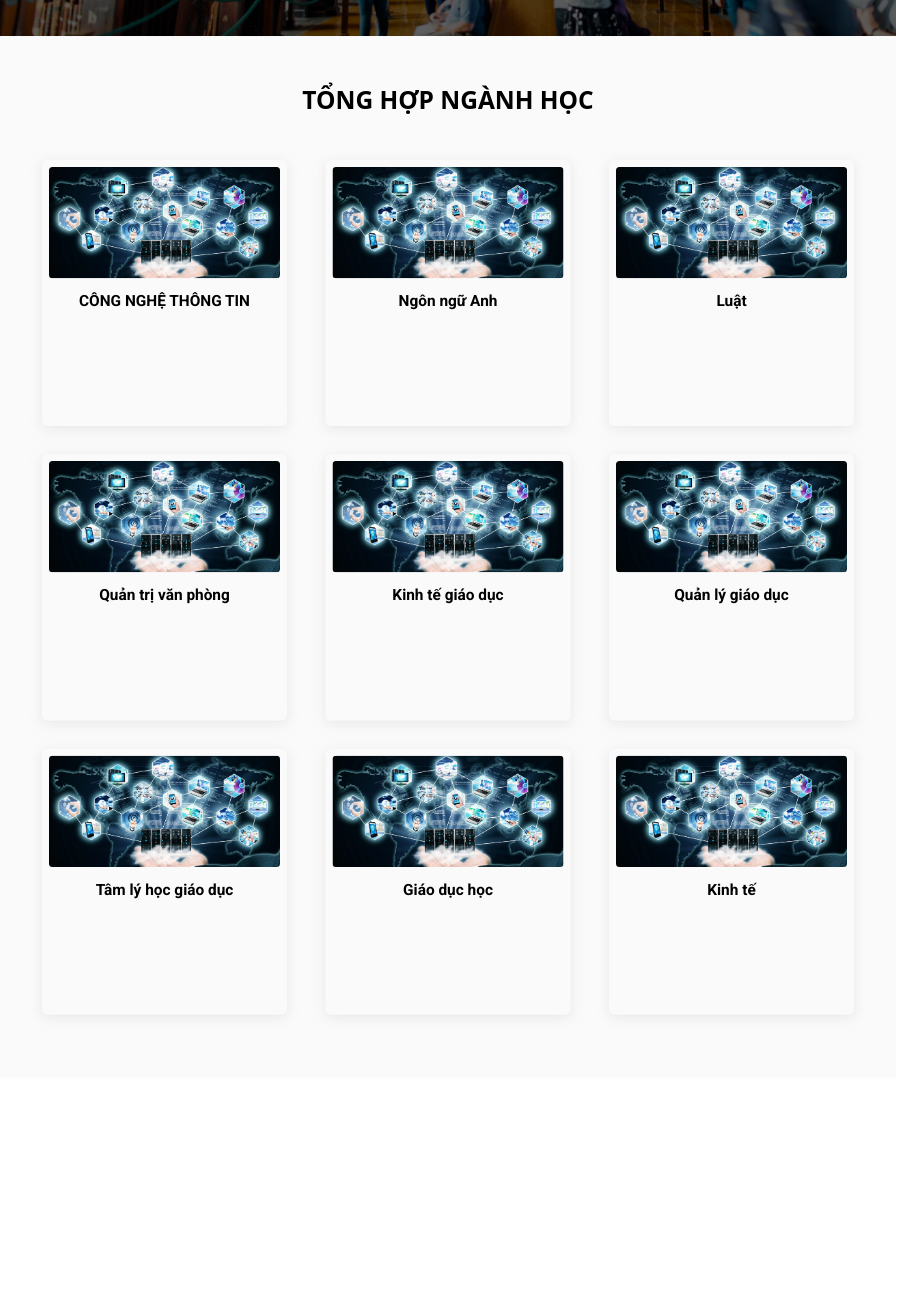
Repository: hongphuck1/trangweb1
Page: index.html
The author's editor kept a copy of each file at every save. The page is drawn from the files as they stood at one save, then again after a run of saves.
The browser window is 1280 px wide. The page is 1288 px wide, so the pictures cover 1288 px, including what lies to the right of the window. The pictures show the part of the page from y = 1871 to 3751 px (the page is 4941 px tall), at 70% of full size.

Above is the page before, as saved 2021-09-07 02:19:24.

### index.html
<!DOCTYPE html>
<html lang="en">

<head>
  <meta charset="UTF-8" />
  <meta name="viewport" content="width=device-width, initial-scale=1, shrink-to-fit=no" />
  <meta http-equiv="x-ua-compatible" content="ie=edge" />
  <title>Material Design for Bootstrap</title>
  <!-- MDB icon -->
  <link rel="icon" href="img/SSS1.png" type="image/x-icon" />
  <!-- Font Awesome -->
  <link rel="stylesheet" href="https://use.fontawesome.com/releases/v5.15.2/css/all.css" />
  <!-- Google Fonts Roboto -->
  <link rel="stylesheet" href="https://fonts.googleapis.com/css2?family=Roboto:wght@300;400;500;700;900&display=swap" />
  <!-- MDB -->
  <link rel="stylesheet" href="css/style.css" />
  <link rel="stylesheet" href="css/base.css" />
  <link rel="stylesheet" href="css/grid.css" />
  <link rel="stylesheet" href="css/mdb.min.css" />
</head>

<body>
  <!-- Start your project here-->
  <div class="main">
    <!--Main Navigation-->
    <header>


      <!-- Navbar -->
      <nav class="navbar--opacity navbar navbar-expand-lg navbar-light fixed-top mask-custom shadow-0">
        <div class="container">

          <a class="navbar-brand nav-link" target="_blank" href="https://mdbootstrap.com/docs/standard/">
            <strong style="font-size: 2.2rem;">MRC</strong>
          </a>
          <button class="navbar-toggler navbar-toggler--opacity" type="button" data-mdb-toggle="collapse"
            data-mdb-target="#navbarSupportedContent" aria-controls="navbarSupportedContent" aria-expanded="false"
            aria-label="Toggle navigation">
            <i style="color: #ccc" class="fas fa-bars"></i>
          </button>
          <div class="collapse navbar-collapse" id="navbarSupportedContent">
            <ul class="navbar-nav me-auto mb-2 mb-lg-0">
              <li class="nav-item active">
                <a class="nav-link" aria-current="page" href="#intro">Giới thiệu</a>
              </li>
              <li class="nav-item">
                <a class="nav-link" href="https://www.facebook.com/MRC.NAEM" rel="nofollow" target="_blank">Hỏi đáp</a>
              </li>
              <li class="nav-item">
                <a class="nav-link" href="https://www.facebook.com/MRC.NAEM" target="_blank">Bài viết</a>
              </li>
              <li class="nav-item">
                <a class="nav-link" href="https://www.facebook.com/messages/t/101815085369835" target="_blank">Liên
                  hệ</a>
              </li>
            </ul>
            <ul class="navbar-nav list-inline">
              <!-- Icons -->
              <li class="">
                <a class="nav-link" href="https://www.youtube.com/channel/UCjl0s7v8m8V4IzuAS1fH-iA" rel="nofollow"
                  target="_blank">
                  <i class="fab fa-youtube"></i>
                </a>
              </li>
              <li class="">
                <a class="nav-link" href="https://www.facebook.com/MRC.NAEM" rel="nofollow" target="_blank">
                  <i class="fab fa-facebook-f"></i>
                </a>
              </li>
              <li class="nav-item">
                <a class="nav-link" href="https://www.tiktok.com/@mrcnaem" rel="nofollow" target="_blank">
                  <i class="fab fa-tiktok"></i>
                </a>
              </li>
              <li class="nav-item">
                <a class="nav-link" href="tel: 0349167687" rel="nofollow" target="_blank">
                  <i class="fas fa-envelope"></i>
                </a>
              </li>
            </ul>
          </div>
        </div>
      </nav>

      <!-- Carousel wrapper -->
      <div id="introCarousel" class="carousel slide carousel-fade shadow-2-strong" data-mdb-ride="carousel">
        <!-- Indicators -->
        <ol class="carousel-indicators">
          <li data-mdb-target="#introCarousel" data-mdb-slide-to="0" class="active"></li>
          <li data-mdb-target="#introCarousel" data-mdb-slide-to="1"></li>
          <li data-mdb-target="#introCarousel" data-mdb-slide-to="2"></li>
        </ol>

        <!-- Inner -->
        <div class="carousel-inner">
          <!-- Single item -->
          <div class="carousel-item active">
            <div class="mask" style="background-color: rgba(0, 0, 0, 0.6);">
              <div class="d-flex justify-content-center align-items-center h-100">
                <div class="text-white text-center">
                  <h1 style="font-size: 2.4rem;" class="mb-3">CLB TUYỂN SINH VÀ TRUYỀN THÔNG - MRC NAEM</h1>
                  <h5 style="font-size: 1.2rem;" class="mb-4">Hỗ trợ tư vấn - hướng nghiệp, trả lời những thắc mắc cho
                    học sinh và phụ huynh.</h5>

                  <a style="font-size: 1.8rem; " class="btn-DANGKI btn btn-outline-light btn-lg m-2"
                    href="https://www.facebook.com/MRC.NAEM" target="_blank" role="button">Đăng kí ngay</a>
                </div>
              </div>
            </div>
          </div>

          <!-- Single item -->
          <div class="carousel-item">
            <div class="mask" style="background-color: rgba(0, 0, 0, 0.3);">
              <div class="d-flex justify-content-center align-items-center h-100">
                <div class="text-white text-center">
                  <h1 style="font-size: 2.4rem;" class="mb-3">CLB TUYỂN SINH VÀ TRUYỀN THÔNG - MRC NAEM</h1>
                  <h5 style="font-size: 1.2rem;" class="mb-4">Hỗ trợ tư vấn - hướng nghiệp, trả lời những thắc mắc cho
                    học sinh và phụ huynh.</h5>

                  <a style="font-size: 1.8rem; " class="btn-DANGKI btn btn-outline-light btn-lg m-2"
                    href="https://www.facebook.com/MRC.NAEM" target="_blank" role="button">Đăng kí ngay</a>
                </div>
              </div>
            </div>
          </div>

          <!-- Single item -->
          <div class="carousel-item">
            <div class="mask" style="
                background: linear-gradient(
                  45deg,
                  rgba(29, 236, 197, 0.7),
                  rgba(91, 14, 214, 0.7) 100%
                );
              ">
              <div class="d-flex justify-content-center align-items-center h-100">
                <div class="text-white text-center">
                  <h1 style="font-size: 2.4rem;" class="mb-3">CLB TUYỂN SINH VÀ TRUYỀN THÔNG - MRC NAEM</h1>
                  <h5 style="font-size: 1.2rem;" class="mb-4">Hỗ trợ tư vấn - hướng nghiệp, trả lời những thắc mắc cho
                    học sinh và phụ huynh.</h5>

                  <a style="font-size: 1.8rem; " class="btn-DANGKI btn btn-outline-light btn-lg m-2"
                    href="https://www.facebook.com/MRC.NAEM" target="_blank" role="button">Đăng kí ngay</a>
                </div>
              </div>
            </div>
          </div>
        </div>
        <!-- Inner -->

        <!-- Controls -->
        <a class="carousel-control-prev" href="#introCarousel" role="button" data-mdb-slide="prev">
          <span class="carousel-control-prev-icon" aria-hidden="true"></span>
          <span class="sr-only">Previous</span>
        </a>
        <a class="carousel-control-next" href="#introCarousel" role="button" data-mdb-slide="next">
          <span class="carousel-control-next-icon" aria-hidden="true"></span>
          <span class="sr-only">Next</span>
        </a>
      </div>
      <!-- Carousel wrapper -->
    </header>


    <section>
      <div class="container-body">
        <div class="container-body-name">
          <h1>Thông Tin Tuyển Sinh</h1>
        </div>

        <div class="row">
          <div class="col l-6">
            <div class="container-body-content">
              <h2 class="container-body-content__name">Các Phương Án Xét Tuyển</h2>
              <div class="container-body-content-attention">
                <i class="fas fa-check-double"></i>
                <h4>Dựa vào học bạ (Điểm HK1 & HK2 lớp 11 và điểm HK1 lớp 12)</h4>
              </div>
              <div class="container-body-content-attention">
                <i class="fas fa-check-double"></i>
                <h4>Sử dụng kết quả thi THPT 2021</h4>
              </div>
              <div class="container-body-content-attention">
                <i class="fas fa-check-double"></i>

                <h4>Tuyển thẳng</h4>
              </div>
              <div class="container-body-content-attention">
                <i class="far fa-bell"></i>
                <h4>Cơ hội trúng tuyển cao khi có tới 70% chỉ tiêu qua xét tuyển học bạ</h4>
              </div>
              <div class="container-body-content-attention">
                <i class="far fa-plus-square"></i>
                <h4>Đặc biệt sinh viên được phép học thêm một ngành khác tại Học viện (Luật, Ngôn ngữ Anh, Tâm lý giáo
                  dục, Quản trị văn phòng, Giáo dục học, Quản lý giáo dục và Kinh tế giáo dục)</h4>
              </div>
            </div>
          </div>
          <div class="col l-6">
            <div class="container-body-img">
              <img src="img/klipartz.com_-1024x586.png" alt="">
            </div>
          </div>
        </div>


      </div>

      <div class="container-body-review">
        <div class="grid wide">
          <div class="row">
            <div class="col l-12">
              <img src="img/1-1.png" alt="">
              <div class="container-body-review__name">
                Học Viện Quản Lý Giáo Dục
              </div>
              <div class="container-body-review__title">
                Học Viện Quản Lý Giáo Dục (NAEM) là cơ sở giáo dục đại học trực thuộc Bộ Giáo Dục và Đào Tạo. Với bề dày
                lịch sử gần nửa thế kỉ xây dựng và phát triển, Học viện luôn giữ vai trò tiên phong trong sự nghiệp đào
                tạo, bồi dưỡng nguồn nhân lực chất lượng cao.
              </div>
            </div>
          </div>
        </div>
      </div>

      <div class="container-body-subjects">
        <h1>TỔNG HỢP NGÀNH HỌC</h1>

        <div class="grid wide">
          <div class="row">
            <div class="col l-4">
              <div class="container-body-subject">
                <img src="img/congnghethongtin.png" alt="">
                <h2>CÔNG NGHỆ THÔNG TIN</h2>
                <h4>Lorem ipsum dolor sit amet consectetur, adipisicing elit. Nostrum reiciendis harum quo quis
                  exercitationem velit quas, blanditiis corrupti eveniet distinctio, magnam id esse adipisci
                  consequuntur? Dolorem facilis dolores voluptates cumque?</h4>
              </div>
            </div>
            <div class="col l-4">
              <div class="container-body-subject">
                <img src="img/congnghethongtin.png" alt="">
                <h2>Ngôn ngữ Anh</h2>
                <h4>Lorem ipsum dolor sit amet consectetur, adipisicing elit. Nostrum reiciendis harum quo quis
                  exercitationem velit quas, blanditiis corrupti eveniet distinctio, magnam id esse adipisci
                  consequuntur? Dolorem facilis dolores voluptates cumque?</h4>
              </div>
            </div>
            <div class="col l-4">
              <div class="container-body-subject">
                <img src="img/congnghethongtin.png" alt="">
                <h2>Luật</h2>
                <h4>Lorem ipsum dolor sit amet consectetur, adipisicing elit. Nostrum reiciendis harum quo quis
                  exercitationem velit quas, blanditiis corrupti eveniet distinctio, magnam id esse adipisci
                  consequuntur? Dolorem facilis dolores voluptates cumque?</h4>
              </div>
            </div>

          </div>
          <div class="row">
            <div class="col l-4">
              <div class="container-body-subject">
                <img src="img/congnghethongtin.png" alt="">
                <h2>Quản trị văn phòng</h2>
                <h4>Lorem ipsum dolor sit amet consectetur, adipisicing elit. Nostrum reiciendis harum quo quis
                  exercitationem velit quas, blanditiis corrupti eveniet distinctio, magnam id esse adipisci
                  consequuntur? Dolorem facilis dolores voluptates cumque?</h4>
              </div>
            </div>
            <div class="col l-4">
              <div class="container-body-subject">
                <img src="img/congnghethongtin.png" alt="">
                <h2>Kinh tế giáo dục</h2>
                <h4>Lorem ipsum dolor sit amet consectetur, adipisicing elit. Nostrum reiciendis harum quo quis
                  exercitationem velit quas, blanditiis corrupti eveniet distinctio, magnam id esse adipisci
                  consequuntur? Dolorem facilis dolores voluptates cumque?</h4>
              </div>
            </div>
            <div class="col l-4">
              <div class="container-body-subject">
                <img src="img/congnghethongtin.png" alt="">
                <h2>
                  Quản lý giáo dục</h2>
                <h4>Lorem ipsum dolor sit amet consectetur, adipisicing elit. Nostrum reiciendis harum quo quis
                  exercitationem velit quas, blanditiis corrupti eveniet distinctio, magnam id esse adipisci
                  consequuntur? Dolorem facilis dolores voluptates cumque?</h4>
              </div>
            </div>

          </div>
          <div class="row">
            <div class="col l-4">
              <div class="container-body-subject">
                <img src="img/congnghethongtin.png" alt="">
                <h2>Tâm lý học giáo dục</h2>
                <h4>Lorem ipsum dolor sit amet consectetur, adipisicing elit. Nostrum reiciendis harum quo quis
                  exercitationem velit quas, blanditiis corrupti eveniet distinctio, magnam id esse adipisci
                  consequuntur? Dolorem facilis dolores voluptates cumque?</h4>
              </div>
            </div>
            <div class="col l-4">
              <div class="container-body-subject">
                <img src="img/congnghethongtin.png" alt="">
                <h2>Giáo dục học</h2>
                <h4>Lorem ipsum dolor sit amet consectetur, adipisicing elit. Nostrum reiciendis harum quo quis
                  exercitationem velit quas, blanditiis corrupti eveniet distinctio, magnam id esse adipisci
                  consequuntur? Dolorem facilis dolores voluptates cumque?</h4>
              </div>
            </div>
            <div class="col l-4">
              <div class="container-body-subject">
                <img src="img/congnghethongtin.png" alt="">
                <h2>Kinh tế</h2>
                <h4>Lorem ipsum dolor sit amet consectetur, adipisicing elit. Nostrum reiciendis harum quo quis
                  exercitationem velit quas, blanditiis corrupti eveniet distinctio, magnam id esse adipisci
                  consequuntur? Dolorem facilis dolores voluptates cumque?</h4>
              </div>
            </div>

          </div>
        </div>

    </section>

  </div>
  <!--Main Navigation-->
  <!-- End your project here-->

  <!-- MDB -->
  <script type="text/javascript" src="js/mdb.min.js"></script>
  <!-- Custom scripts -->
  <script type="text/javascript"></script>
</body>

</html>

### css/style.css

.main {

    height: 1000px;
}

/* Carousel styling */
#introCarousel,
.carousel-inner,
.carousel-item,
.carousel-item.active {
  height: 100vh;
}

.carousel-item:nth-child(1) {
  background-image: url('https://mdbootstrap.com/img/Photos/Others/images/76.jpg');
  background-repeat: no-repeat;
  background-size: cover;
  background-position: center center;
}

.carousel-item:nth-child(2) {
  background-image: url('https://mdbootstrap.com/img/Photos/Others/images/77.jpg');
  background-repeat: no-repeat;
  background-size: cover;
  background-position: center center;
}

.carousel-item:nth-child(3) {
  background-image: url('https://mdbootstrap.com/img/Photos/Others/images/78.jpg');
  background-repeat: no-repeat;
  background-size: cover;
  background-position: center center;
}

/* Height for devices larger than 576px */
@media (min-width: 992px) {
  #introCarousel {
    margin-top: -58.59px;
  }
}

.navbar .nav-link {
  color: #fff !important;
}



/* trèn đè css boottraps */

.nav-link {
  /* padding: 1.2rem 1rem !important; */
  font-size: 1.6rem;
  padding-right: 20px !important;
}

.nav-link:hover {
  /* padding: 1.2rem 1rem !important; */
  color: yellow !important;
  transition: color 0.5s ;
}


.btn-DANGKI:hover {
  color: yellow !important;
  border: 1px solid yellow !important;
  transition: 0.5s ;
}

.navbar-dark .navbar-toggler, .navbar-light .navbar-toggler {
  display: block;
}

.navbar--opacity {
  background-color: rgba(1,1,1,0.2);
}


@media only screen and (max-width: 600px) {
 .text-center h1 {
    font-size: 2.7rem !important;
    padding: 20px 0;
  }
  .carousel-control-next, .carousel-control-prev{
    display: none !important;
  }
  .text-center h5{
    padding: 0 20px;
    line-height: 1.9rem !important;
    font-size: 1.4rem !important;
  }
}


@import url('https://fonts.googleapis.com/css2?family=Poppins:wght@300;400;600;700&display=swap');
  :root {
    --primary: #08aeea;
    --secondary: #13D2B8;
    --purple: #bd93f9;
    --pink: #ff6bcb;
    --blue: #8be9fd;
    --gray: #333;
    --font: "Poppins", sans-serif;
    --gradient: linear-gradient(40deg, #ff6ec4, #7873f5);
    --shadow: 0 0 15px 0 rgba(0,0,0,0.05);
  }
  *,
  *:before,
  *:after {
    box-sizing: border-box;
  }
  html {
    font-size: 62.5%;
  }

  body {
    font-family: var(--font);
    font-size: 1.4rem;
    overflow-x: hidden;
    font-weight: 300;
  }

  img {
    display: block;
    max-width: 100%;
  }

  a {
    text-decoration: none;
  }

  input,
  button,
  textarea,
  select {
    font-family: var(--font);
    font-size: 1.4rem;
    font-weight: 300;
    outline: none;
    border: 0;
    margin: 0;
    padding: 0;
    border-radius: 0;
    -webkit-appearance: none;
  }

  button {
    cursor: pointer;
  }

          .simple-card {
            background-color: white;
            border-radius: 2rem;
            padding: 1.5rem;
            box-shadow: var(--shadow);
          }
          .simple-card-image {
            position: relative;
            height: 0;
            padding-bottom: 56.25%;
          }
          .simple-card-image > img {
            position: absolute;
            top: 0;
            left: 0;
            width: 100%;
            height: 100%;
            object-fit: cover;
            border-radius: 1rem;
          }
          .simple-card-content {
            padding: 3rem 1rem;
          }
          .simple-card-title {
            font-weight: 500;
            font-size: 2rem;
            line-height: 1.6;
            margin-bottom: 1.5rem;
            color: #2b2b2b;
          }
          .simple-card-desc {
            color: #c7cbdc;
            font-weight: 300;
            line-height: 1.6;
            font-size: 1.4rem;
            margin-bottom: 3rem;
          }
          .simple-card-line {
            width: 30%;
            height: 2px;
            margin-left: auto;
            background-color: var(--primary);
          }

          .container-body{
            padding-top: 40px;
            padding-bottom: 70px;
          }
          .container-body-name{
            text-align: center;
            padding: 40px 0 ;
          }
          .container-body-name h1{
            color: #000000;
            font-family: "Open Sans", Sans-serif;
            font-size: 35px;
            font-weight: 700;
            text-transform: capitalize;
          }

          .container-body-content{
           padding-left: 100px;
          }
          .container-body-content__name{
           font-size: 2.8rem;
           color: #000000;
           padding-bottom: 10px;
          }
          .container-body-content-attention{
          display: flex;
          align-items: center;
          padding: 4px 0;
          }
          .container-body-content-attention i{
            transform: translateY(-15%);
            padding-right: 10px;
            font-size: 1.8rem;
            color: var(--primary);
          }
          .container-body-content-attention h4{
            font-size: 1.8rem;
          }

          .container-body-img{
          padding: 0 50px ;
          }

.container-body-review {
  background-image: url(../img/Thiết\ kế\ không\ tên.png);
  background-repeat: no-repeat;
  background-size: cover;
  height: 100vh;
}

.container-body-review img {
  width: 150px;
  margin: auto;
  padding-top: 90px;
}


.container-body-review__name, .container-body-review__title {
  text-align: center;
  color: white;
padding-top: 20px;
}

.container-body-review__name {
  font-size: 3.8rem;
  padding: 4px 0;
  font-weight: 600;
}

.container-body-review__title {
  font-size: 1.9rem;
  padding: 0 200px;
}



/* TỔNG HỢP NGÀNH HỌC */

.container-body-subjects{
  padding: 70px 0;
  background-color: #fafafa;
}

.container-body-subjects h1 {
  text-align: center;
  padding-bottom: 40px;
  color: rgb(0, 0, 0);
    font-family: "Open Sans", sans-serif;
    font-size: 35px;
    font-weight: 700;
    text-transform: capitalize;
}

.container-body-subject {
  /* background-color: #c2c9dd; */
  text-align: center;
  color: #000000;
  margin: 20px;
  box-shadow: rgb(215 215 215 / 50%) 0px 4px 16px;
  border-radius: 8px;
}

.container-body-subject img {
  width: 100%;
  padding: 10px;
  border-radius: 15px;

}

.container-body-subject h2{
  padding: 10px 0;
  font-weight: 600;
  font-size: 2.2rem;
}

.container-body-subject h4{
  padding:  0 10px 30px;
  line-height: 2.0rem;
  text-align: justify;
  font-weight: 600;
  font-size: 1.6rem;
  color: #fafafa;
}

### css/base.css
:root {
    --white-color: #fff;
    --black-color: #000;
    --text-color: rgb(110, 109, 109);
    --primary-color: #6EC1E4;
    --primary-color-sub: #fd3f00;
    --border-color: #dbdbdb;

    --header: 109px;
    --header-top: 36px;
    --navbar-height: 27px;
    --header-with-search-height: calc(var(--header-height) - var(--navbar-height));
    --header-sort-bar-height: 46px;
}


* {
    margin: 0;
    padding: 0;
    box-sizing: border-box;

}
.no-copy__text {
    user-select: none;
}
html {
    font-size: 62.5%;
    line-height: 1.6rem;
    font-family: 'Roboto', sans-serif;

    /* user-select: none;   không cho copy text */
}

body {
    height: 5000px;
}
@media only screen and  (max-width: 1000px) and (min-width: 700px) {
    html {
    }
}

Loaded but not shown: css/mdb.min.css (library); js/mdb.min.js (library); css/grid.css (590 lines, source omitted)

After the next 2 saves:
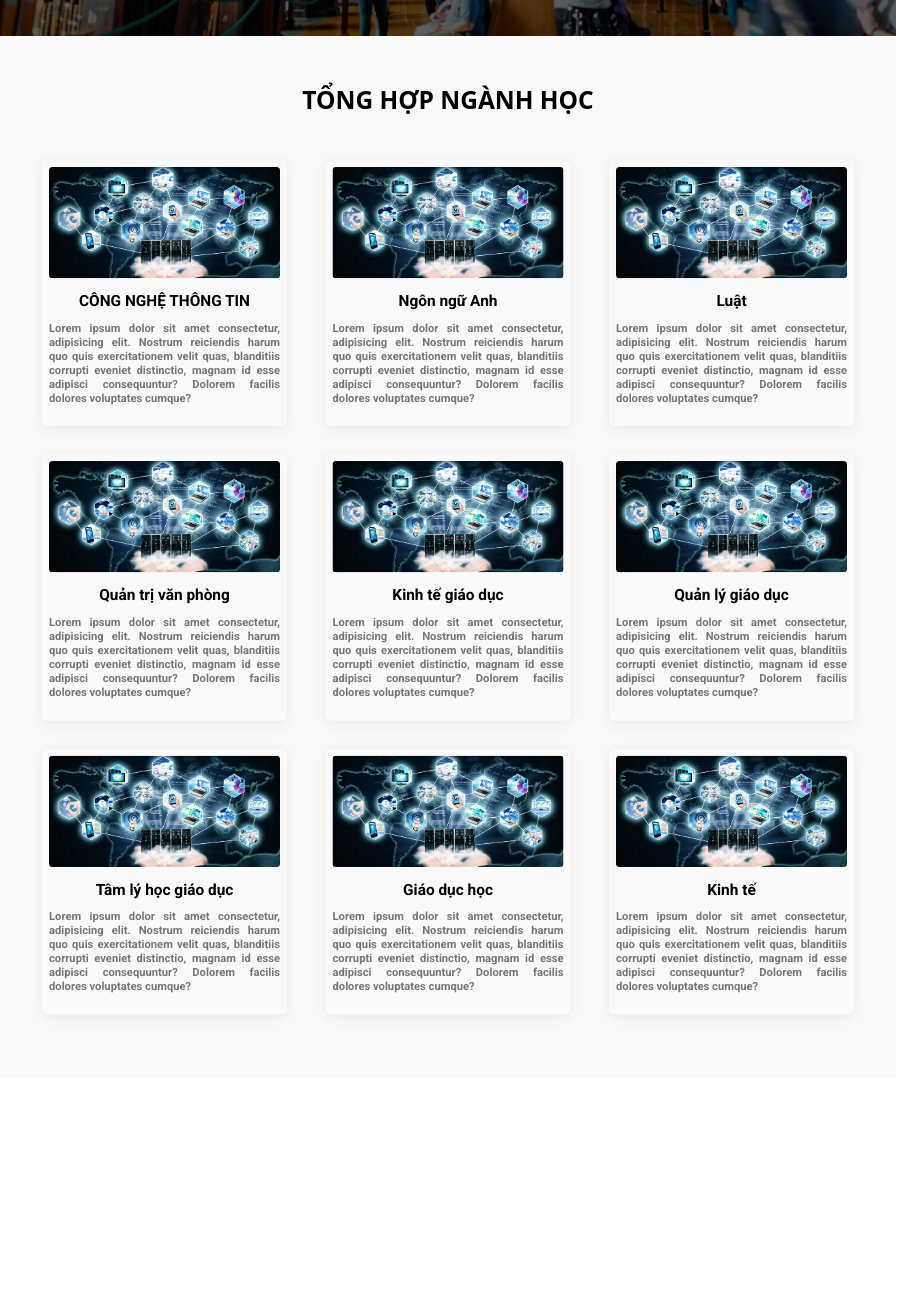
The 2 saves are shown as one change because they came seconds apart.
The last was saved 9 s later.
--- a/css/style.css
+++ b/css/style.css
@@ -313,5 +313,5 @@
   text-align: justify;
   font-weight: 600;
   font-size: 1.6rem;
-  color: #fafafa;
-}
+  color: #777;
+}
